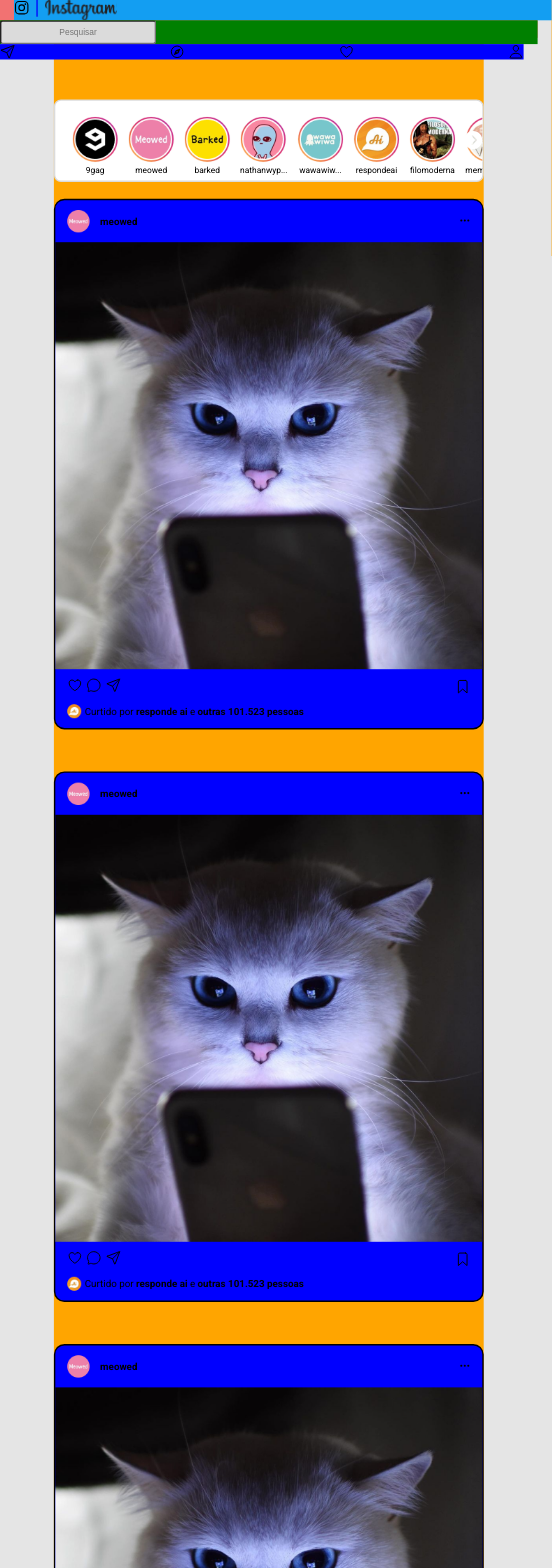
Repository: Zezinoo/proj-2-instagram-clone
Page: index.html
An editor plug-in stored every save of this project. The page is shown before and after the next save, followed by the edit.
The browser window is 768 px wide. The page is 788 px wide, then 768 px, so the pictures cover 788 px, including what lies to the right of the window. The pictures show the part of the page from y = 0 to 2240 px (the page is 2738 px tall), at 70% of full size.
Some web libraries are served in a nearby version.

Above is the page before, as saved 2022-06-05 03:57:13.

### index.html
<!DOCTYPE html>
<html lang="en">
<head>
    <meta charset="UTF-8">
    <meta http-equiv="X-UA-Compatible" content="IE=edge">
    <meta name="viewport" content="width=device-width, initial-scale=1.0">
    <link rel="stylesheet" href="reset.css">
    <link rel="stylesheet" href="style.css">
    <link rel="preconnect" href="https://fonts.googleapis.com">
    <link rel="preconnect" href="https://fonts.gstatic.com" crossorigin>
    <link href="https://fonts.googleapis.com/css2?family=Encode+Sans:wght@100;200;300;400;500;600;700&family=Roboto:ital,wght@0,100;0,300;0,400;0,500;0,700;1,100;1,300;1,400;1,500&display=swap" rel="stylesheet">
    <title>Instagram</title>
</head>
<body>
<div class="top">
    <div class = "align-top">
        <div class = "logo">
            <ion-icon name="logo-instagram" style="font-size:22px"></ion-icon>
        <div class="vertical-line"></div>
            <img src="./imgs/logo 1.svg" alt="">
    </div>
        <div class="search-bar">
            <input type="text" placeholder="Pesquisar">
        </div>
    <div class="top-icons">
        <ion-icon name="paper-plane-outline"></ion-icon>
        <ion-icon name="compass-outline"></ion-icon>
        <ion-icon name="heart-outline"></ion-icon>
        <ion-icon name="person-outline"></ion-icon>
    </div>
    </div>
</div>
<div class="top-medium">
    <div class="medium-logo">
        <ion-icon name="logo-instagram" style="font-size:22px"></ion-icon>
        <div class="vertical-line"></div>
        <img src="./imgs/logo 1.svg" alt="">
    </div>
    <div class="medium-search-bar">
        <input type="text" placeholder="Pesquisar">
    </div>
<div class="medium-top-icons">
    <ion-icon name="paper-plane-outline"></ion-icon>
    <ion-icon name="compass-outline"></ion-icon>
    <ion-icon name="heart-outline"></ion-icon>
    <ion-icon name="person-outline"></ion-icon>
</div>
</div>
<div class="feed">
    <div class="content">
        <div class="stories">
            <div class="story">
                <img src="./imgs/stories_background 3.png" alt="">
                <div class="user-logo">
                    <img src="./imgs/9gag 1.png" alt="">
                </div>
                <div class="user-name">
                    9gag
                </div>
            </div>
            <div class="story">
                <img src="./imgs/stories_background 3.png" alt="">
                <div class="user-logo">
                    <img src="./imgs/meowed 1.png" alt="">
                </div>
                <div class="user-name">
                    meowed
                </div>
            </div>
            <div class="story">
                <img src="./imgs/stories_background 3.png" alt="">
                <div class="user-logo">
                    <img src="./imgs/barked 1.png" alt="">
                </div>
                <div class="user-name">
                    barked
                </div>
            </div>
            <div class="story">
                <img src="./imgs/stories_background 3.png" alt="">
                <div class="user-logo">
                    <img src="./imgs/nathanwpylestrangeplanet 1.png" alt="">
                </div>
                <div class="user-name">
                    nathanwyp...
                </div>
            </div>
            <div class="story">
                <img src="./imgs/stories_background 3.png" alt="">
                <div class="user-logo">
                    <img src="./imgs/wawawiwacomicsa 1.png" alt="">
                </div>
                <div class="user-name">
                    wawawiw...
                </div>
            </div>
            <div class="story">
                <img src="./imgs/stories_background 3.png" alt="">
                <div class="user-logo">
                    <img src="./imgs/respondeai 1.png" alt="">
                </div>
                <div class="user-name">
                    respondeai
                </div>
            </div>
            <div class="story">
                <img src="./imgs/stories_background 3.png" alt="">
                <div class="user-logo">
                    <img src="./imgs/filomoderna 1.png" alt="">
                </div>
                <div class="user-name">
                    filomoderna
                </div>
            </div>
            <div class="story">
                <img src="./imgs/stories_background 3.png" alt="">
                <div class="user-logo">
                    <img src="./imgs/memeriagourmet 1.png" alt="">
                </div>
                <div class="user-name">
                    memeriagourmet
                </div>
                <div class="arrow">
                    <ion-icon name="chevron-forward-circle"></ion-icon>
                </div>
            </div>
        </div>
        <div class="post">
            <div class="info">
                <div class="op">
                    <img src="./imgs/meowed 2.png" alt="">
                    <div class="op-name">
                    meowed
                    </div>
                </div>
                <div class="dots">
                    <ion-icon name="ellipsis-horizontal"></ion-icon>
                </div>
            </div>
            <img src="./imgs/gato-telefone 1.png" alt="">
            <div class="bottom">
                <div class="post-icons">
                    <div class="left-icons">
                        <ion-icon name="heart-outline"></ion-icon>
                        <ion-icon name="chatbubble-outline"></ion-icon>
                        <ion-icon name="paper-plane-outline"></ion-icon>
                    </div>
                    <ion-icon name="bookmark-outline"></ion-icon>
                </div>
                <div class="comments">
                    <div class="follow-image">
                        <img src="./imgs/respondeai 2.png" alt="">
                    </div>
                    <div class="comment-message">
                        <p>Curtido por <strong>responde ai</strong> e <strong>outras 101.523 pessoas</strong></p>
                    </div>
                </div>
            </div>
        </div>
        <div class="post">
            <div class="info">
                <div class="op">
                    <img src="./imgs/meowed 2.png" alt="">
                    <div class="op-name">
                    meowed
                    </div>
                </div>
                <div class="dots">
                    <ion-icon name="ellipsis-horizontal"></ion-icon>
                </div>
            </div>
            <img src="./imgs/gato-telefone 1.png" alt="">
            <div class="bottom">
                <div class="post-icons">
                    <div class="left-icons">
                        <ion-icon name="heart-outline"></ion-icon>
                        <ion-icon name="chatbubble-outline"></ion-icon>
                        <ion-icon name="paper-plane-outline"></ion-icon>
                    </div>
                    <ion-icon name="bookmark-outline"></ion-icon>
                </div>
                <div class="comments">
                    <div class="follow-image">
                        <img src="./imgs/respondeai 2.png" alt="">
                    </div>
                    <div class="comment-message">
                        <p>Curtido por <strong>responde ai</strong> e <strong>outras 101.523 pessoas</strong></p>
                    </div>
                </div>
            </div>
        </div>
        <div class="post">
            <div class="info">
                <div class="op">
                    <img src="./imgs/meowed 2.png" alt="">
                    <div class="op-name">
                    meowed
                    </div>
                </div>
                <div class="dots">
                    <ion-icon name="ellipsis-horizontal"></ion-icon>
                </div>
            </div>
            <img src="./imgs/gato-telefone 1.png" alt="">
            <div class="bottom">
                <div class="post-icons">
                    <div class="left-icons">
                        <ion-icon name="heart-outline"></ion-icon>
                        <ion-icon name="chatbubble-outline"></ion-icon>
                        <ion-icon name="paper-plane-outline"></ion-icon>
                    </div>
                    <ion-icon name="bookmark-outline"></ion-icon>
                </div>
                <div class="comments">
                    <div class="follow-image">
                        <img src="./imgs/respondeai 2.png" alt="">
                    </div>
                    <div class="comment-message">
                        <p>Curtido por <strong>responde ai</strong> e <strong>outras 101.523 pessoas</strong></p>
                    </div>
                </div>
            </div>
        </div>
    </div>
    <div class="sidebar">
        <div class="user">
            <img src="./imgs/catanacomics 1.png" alt="">
            <div class="user-info">
                <div class="username">
                    catanacomics
                </div>
                <div class="name">
                    Catana
                </div>
            </div>
        </div>
        <div class="suggestion-text">
            <div class="recommended">
                Sugestões para voce
            </div>
            <div class="for-you">
                Ver tudo
            </div>
        </div>
        <div class="suggestion">
            <div class="suggestion-user">
                <img src="./imgs/badvibesmemes 1.png" alt="">
                <div class="user-info">
                    <div class="username">
                        bad.vibes.memes
                    </div>
                    <div class="name">
                        Segue você
                    </div>
                </div>
            </div>
            <div class="follow">
                Seguir
            </div>
        </div>
        <div class="suggestion">
            <div class="suggestion-user">
                <img src="./imgs/badvibesmemes 1.png" alt="">
                <div class="user-info">
                    <div class="username">
                        bad.vibes.memes
                    </div>
                    <div class="name">
                        Segue você
                    </div>
                </div>
            </div>
            <div class="follow">
                Seguir
            </div>
        </div>
        <div class="suggestion">
            <div class="suggestion-user">
                <img src="./imgs/badvibesmemes 1.png" alt="">
                <div class="user-info">
                    <div class="username">
                        bad.vibes.memes
                    </div>
                    <div class="name">
                        Segue você
                    </div>
                </div>
            </div>
            <div class="follow">
                Seguir
            </div>
        </div>
        <div class="suggestion">
            <div class="suggestion-user">
                <img src="./imgs/badvibesmemes 1.png" alt="">
                <div class="user-info">
                    <div class="username">
                        bad.vibes.memes
                    </div>
                    <div class="name">
                        Segue você
                    </div>
                </div>
            </div>
            <div class="follow">
                Seguir
            </div>
        </div>
        <div class="suggestion">
            <div class="suggestion-user">
                <img src="./imgs/badvibesmemes 1.png" alt="">
                <div class="user-info">
                    <div class="username">
                        bad.vibes.memes
                    </div>
                    <div class="name">
                        Segue você
                    </div>
                </div>
            </div>
            <div class="follow">
                Seguir
            </div>
        </div>
        <div class="help-text">
            <p>Sobre • Ajuda • Imprensa • API • Carreiras • Privacidade •
                Termos • Localizações • Contas mais relevantes • Hashtags •
                Idioma</p>
        </div>
        <div class="trademark">
            <p>© 2021 INSTAGRAM DO FACEBOOK</p>
        </div>
    </div>
</div>
<script src="https://unpkg.com/ionicons@5.4.0/dist/ionicons.js"></script>

</body>
</html>

### style.css

body{
    background-color: #e5e5e5;
    display: flex;
    flex-direction: column;
    align-items: center;
    justify-content: center;
    font-family: 'Roboto', sans-serif;
}


.top {
    width: 100%;
    height: 54px;
    display: flex;
    flex-direction: row;
    justify-content: space-around;
    align-items: center;
    background-color: rgba(255, 0, 0, 0.5);
    position: relative;
}

.align-top{
    display: flex;
    flex-direction: row;
    align-items: center;
    justify-content: space-between;
    position: absolute;
    left: 215px;
    z-index: 1;
}

.logo{
    display: flex;
    position: relative;
    align-items: flex-start;
    width: 100%;
    margin-right: 214px;
}

.vertical-line{
    height: 22px;
    margin: 0 10px;
    border: blue 1px solid;
}

.search-bar{
    margin-right: 212px;
}

.search-bar input{
    height: 28px;
    width: 215px;
    border-radius: 4px;
}

.top-icons{
    width: 100%;
    display: flex;
    flex-direction:row;
    justify-content:space-between;
    background-color:blue;
}

.top-icons ion-icon{
    font-size: 22px;
    margin-right: 20px;
}
.top-icons ion-icon:nth-child(4){
    margin-right: 0px;
}

.feed {
    display: flex;
    flex-direction: row;
    position: absolute;
    top: 54px;
    left: 215px;
}


.content{
    display: flex;
    flex-direction: column;
    background-color: orange;
}

strong{
    font-weight: bold;
}

.stories{
    margin-top: 88px;
    margin-bottom: 24px;
    width: 614px;
    height:118px;
    display: flex;
    flex-direction: row;
    align-items: center;
    position: relative;
    justify-content: flex-start;
    background-color: #FFFFFF;
    overflow: hidden;
    border-radius: 10px;
    border: 2px solid #DBDBDB;
    box-sizing: border-box;
}
.stories .story:nth-child(1){
    margin-left:24px;
}

.story{
    display: flex;
    flex-direction: column;
    justify-content: center;
    margin-right: 14px;
    margin-top: 20px;
    position: relative;
}

.story img{
    width: 66px;
    height: 66px;
}

.story .user-logo{
    display: flex;
    position: absolute;
    top: 5px;
    left: 5px;
    z-index: 1;
}

.story .user-name{
    margin-top: 5px;
    display: flex;
    justify-content: center;
    height: 19px;
    font-size: 12px;
}

.user-logo img{
    width: 56px;
    height: 56px;
}

.arrow {
    position: absolute;
    top: 18px;
    left: -5px;
    font-size: 32px;
    z-index: 3;
    color: #FFFFFF ;
    text-shadow: 60px -16px green;
}

.post{
    background-color: blue;
    display: flex;
    flex-direction: column;
    width: 614px;
    border: 2px solid ;
    border-radius: 15px;
    box-sizing: border-box;
    margin-bottom: 60px;

}

.post .info {
    height: 60px;
    display: flex;
    align-items: center;
    justify-content: space-between;
}

.post .info .op{
    display: flex;
    flex-direction: row;
    box-sizing: border-box;
    margin-left: 17px;
    justify-content: space-evenly;
    align-items: center;
}

.op .op-name{
    margin-left: 15px;
    font-weight: bold;
    font-size: 14px;
}

.info .dots{
    margin-right: 17px;
    font-size: 16px;
}

.post .bottom{
    margin: 0 17px;
    margin-top: 10px;
}

.bottom .post-icons{
    height: 30px;
    font-size: 22px;
    display: flex;
    justify-content: space-between;
    align-items: center;
}

.post-icons .left-icons{
    margin-right: 14px;
}

.bottom .comments{
    display: flex;
    align-items: center;
    margin-top: 10px;
    margin-bottom: 14px;
}
.comments .follow-image{
    height: 20px;
    width: 20px;
    margin-right: 5px;
}
.follow-image img{
    width: 100%;
    height: 100%;
}

.comments .comment-message{
    font-size: 14px;
}

.sidebar{
    background-color: green;
    margin-left: 38px;
    width: 293px;
    height: 100%;
    box-sizing: border-box;
}

.sidebar .user{
    height: 56px;
    display: flex;
    align-items: center;
    margin-bottom: 24px;
}

.user .user-info{
    margin-left: 17px;
    display: flex;
    flex-direction: column;
    font-size: 14px;
}
.user-info .username{
    font-weight: bold;
}

.user-info .name{
    color: #8E8E8E;
}

.sidebar .suggestion-text{
    display: flex;
    justify-content: space-between;
    margin-bottom: 17px;
    font-size: 12px;
}

.suggestion-text .recommended{
    color: #8E8E8E;
}

.suggestion-text .for-you{
    font-weight: bold;
}

.sidebar .suggestion{
    display: flex;
    justify-content: space-between;
    align-items: center;
    margin-bottom: 16px;
}
.suggestion-user{
    display: flex;
    align-items: center;
}

.suggestion-user .user-info{
    margin-left: 17px;
    display: flex;
    flex-direction: column;
    font-size: 12px;
}
.user-info .username{
    font-weight: bold;
}

.user-info .name{
    color: #8E8E8E;
}

.suggestion .follow {
    font-size: 12px;
    color: #139EF2;
}

.suggestion:nth-child(7){
    margin-bottom: 0px;
}

.sidebar .help-text{
    margin-top: 33px;
    margin-bottom: 18px;
    font-size: 11px;
    color: #C7C7C7;
}

.sidebar .trademark{
    font-size: 11px;
    color: #C7C7C7;
}

.top-medium{
    width: 100%;
    height: 54px;
    display: flex;
    flex-direction: row ;
    justify-content: space-between;
    align-items: center;
    background-color: rgba(255, 0, 0, 0.5);
    position: relative;
}

.medium-logo{
    width: 10px;
    background-color: #139EF2;
    display:flex;
    flex-basis: content;
    align-items: flex-start;
    width: 100%;
    margin-left: 20px;
}

.medium-vertical-line{
    height: 22px;
    margin: 0 10px;
    border: blue 1px solid;
}
.medium-search-bar{
    background-color: green;
}

.medium-search-bar input{
    height: 28px;
    width: 215px;
    border-radius: 4px;
    text-align: center;
    background-color: #DBDBDB;
    color: #979797;
    font-size: 12px;
}

.medium-top-icons{
    display: flex;
    flex-direction:row;
    justify-content:space-between;
    background-color:blue;
    margin-right: 20px;
}

.medium-top-icons ion-icon{
    font-size: 22px;
    margin-right: 20px;
}
.medium-top-icons ion-icon:nth-child(4){
    margin-right: 0px;
}

.top-medium{
    display: none;
}

@media(max-width:935px){
    .body{
        display: flex;
        flex-direction: column;
        justify-content: center;
        align-items: center;
    }
    .top{
        display: none;
    }

    .top-medium{
        display: initial;
    }

    .sidebar{
        display: none;
    }
    .feed{
        position: static;
        justify-content: ce;
    }
}

/*fix top*/

Loaded but not shown: reset.css (common file)

After the next save:
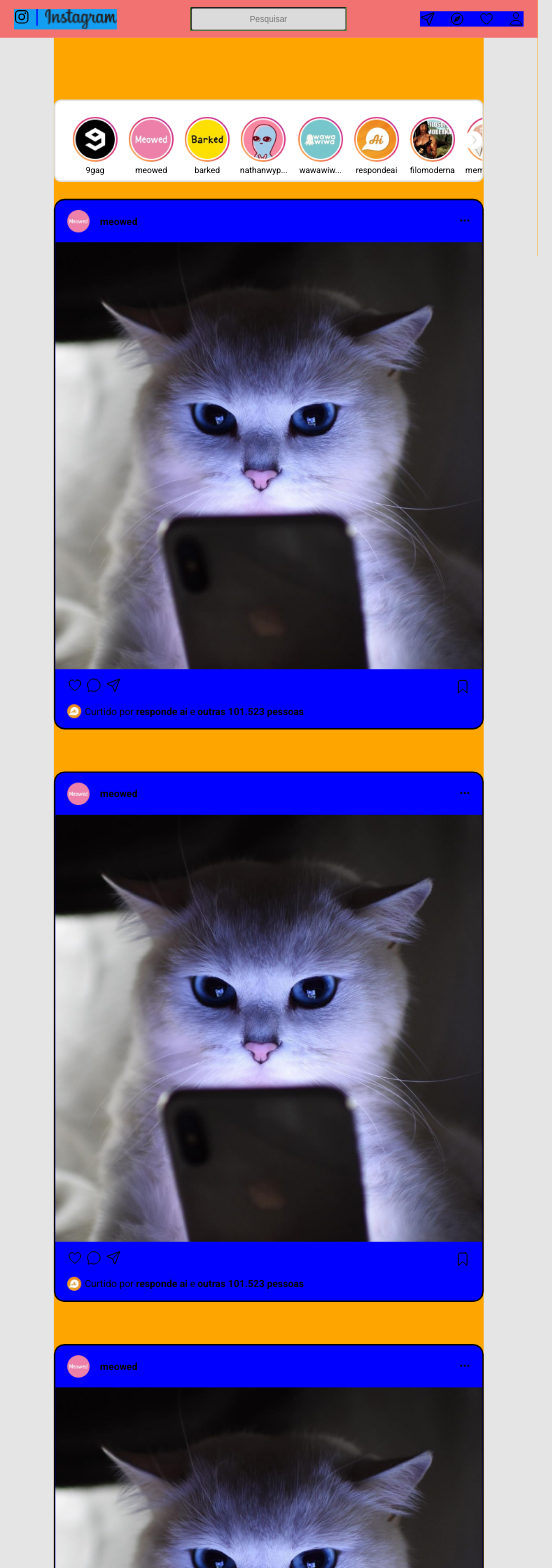
Saved 26 s later.
--- a/style.css
+++ b/style.css
@@ -392,7 +392,7 @@
     }
 
     .top-medium{
-        display: initial;
+        display: flex;
     }
 
     .sidebar{
